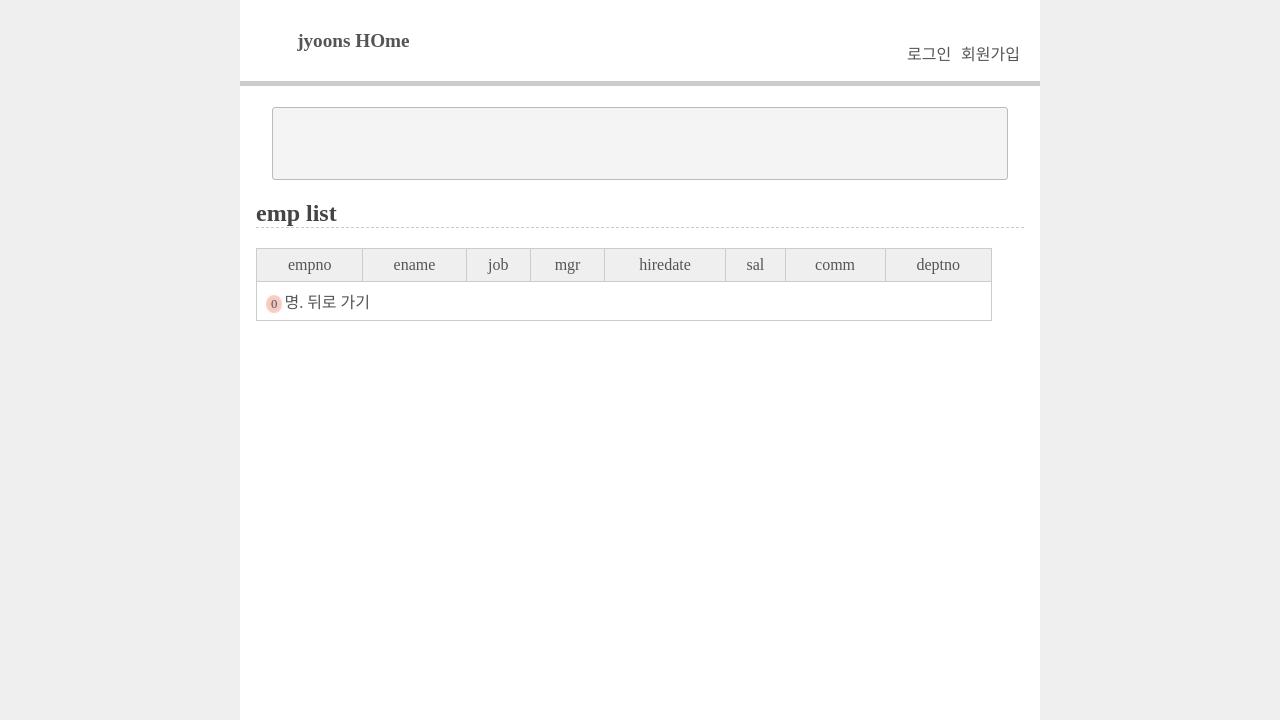
Repository: jyoons00/JSP-sample
Page: http://localhost/jspPro/days02/ex01_emp.jsp
An editor plug-in stored every save of this project. The page is shown before and after the next save, followed by the edit.
The browser window is 1280 px wide. The pictures show the whole page.
Some web fonts or font styles are not loaded; a fallback is used. The page is served by Tomcat 9. Queries for data that is not in the repository find no rows.

Above is the page before, as saved 2024-10-16 02:45:21.

After the next save:
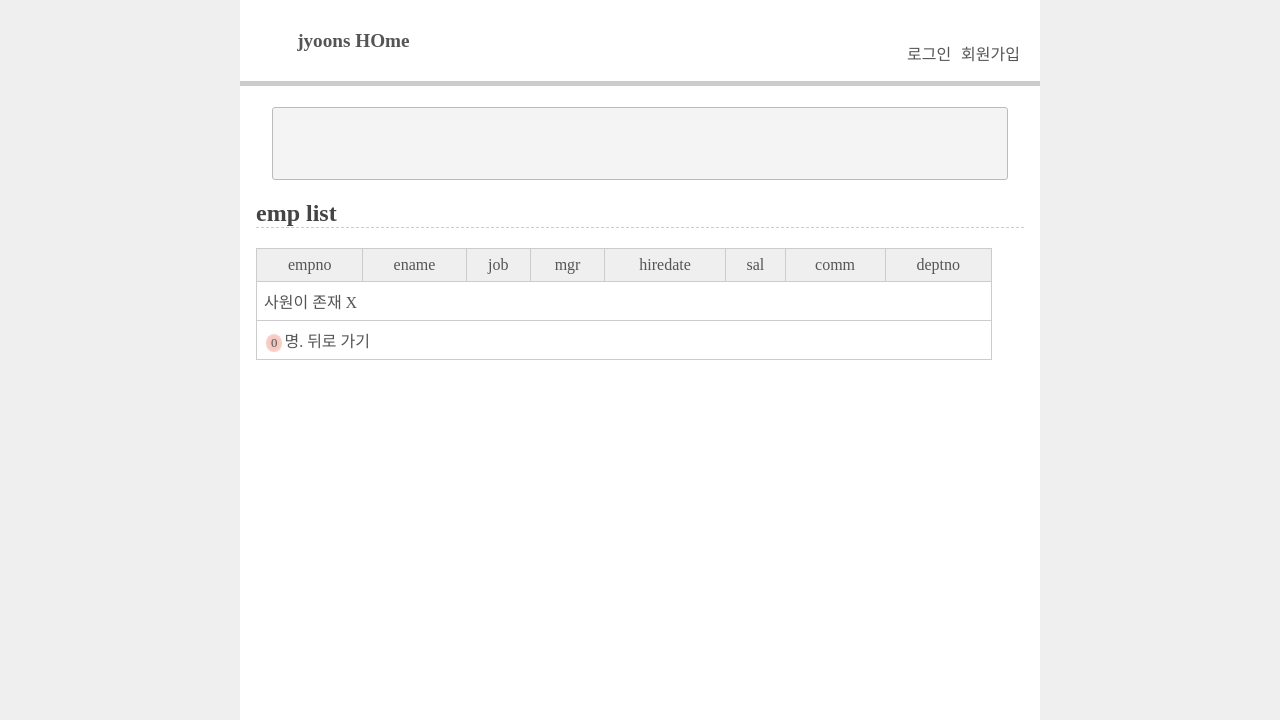
Saved 25 s later.
--- a/jspPro/src/main/webapp/days02/ex01_emp.jsp
+++ b/jspPro/src/main/webapp/days02/ex01_emp.jsp
@@ -150,6 +150,9 @@
   	  		<%
   	  		if(list == null) {
   	  		%>
+  	  		<tr>
+  	  			<td colspan="8">사원이 존재 X</td>
+  	  		</tr>
   	  		<%
   	  		} else {
   	  		%>
